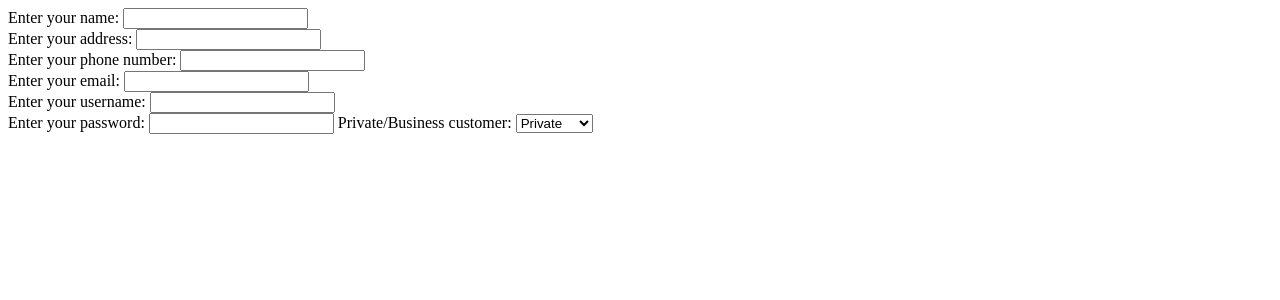
Repository: A-Mitev/E-Banking_Team_Project
Page: http://localhost/FiBank/WEB-INF/views/jsp/Register.jsp
The author's editor kept a copy of each file at every save. The page is drawn from the files as they stood at one save, then again after the next save.
The browser window is 1280 px wide. The pictures show the whole page.
The page is served by Tomcat 9. Nobody is signed in. Other server files are loaded and not shown. The template is opened directly, without the code that normally fills it, so the values that code supplies are empty.

Above is the page before, as saved 2016-04-05 14:47:03.

### FiBank/src/main/webapp/WEB-INF/views/jsp/Register.jsp
<%@page import="javax.servlet.descriptor.TaglibDescriptor"%>
<%@ page language="java" contentType="text/html; charset=UTF-8"
    pageEncoding="UTF-8"%>
<%@ taglib prefix="form" uri="http://www.springframework.org/tags/form" %>
<!DOCTYPE html PUBLIC "-//W3C//DTD HTML 4.01 Transitional//EN" "http://www.w3.org/TR/html4/loose.dtd">
<html>
<head>
<meta http-equiv="Content-Type" content="text/html; charset=UTF-8">
<title>Register Page</title>
</head>
<body>
	<form method="post">
	<label>Enter your name:</label>
	<input type="text">
	<br/>
	<label>Enter your address:</label>
	<input type="text">
	<br/>
	<label>Enter your phone number:</label>
	<input type="text">
	<br/>
	<label>Enter your email:</label>
	<input type="text">
	<br/>
	<label>Enter your username:</label>
	<input type="text">
	<br/>
	<label>Enter your password:</label>
	<input type="text">
	<label>Private/Business customer:</label>
	<select>
	<option value="PRIVATE">Private</option>
  	<option value="BUSINESS">Business</option>
	</select>
	<br/>
	<br/>







	</form>
</body>
</html>

After the next save:
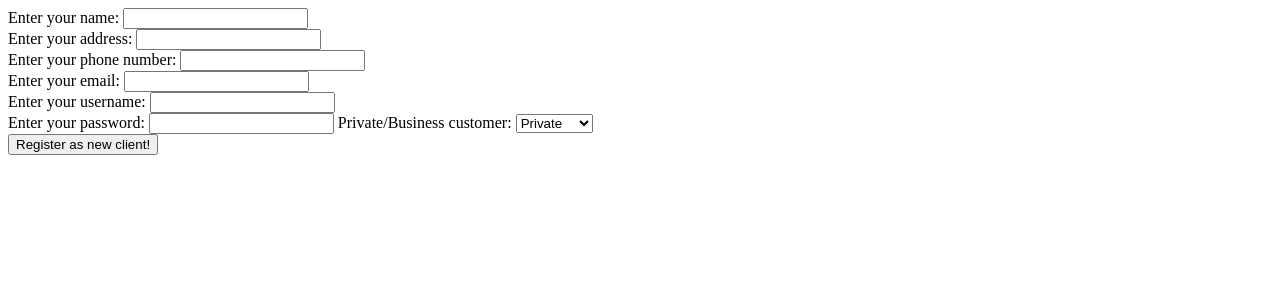
Saved 2 min 15 s later.
--- a/FiBank/src/main/webapp/WEB-INF/views/jsp/Register.jsp
+++ b/FiBank/src/main/webapp/WEB-INF/views/jsp/Register.jsp
@@ -33,14 +33,7 @@
   	<option value="BUSINESS">Business</option>
 	</select>
 	<br/>
-	<br/>
-
-
-
-
-
-
-
+	<input type="submit" value="Register as new client!">
 	</form>
 </body>
 </html>
